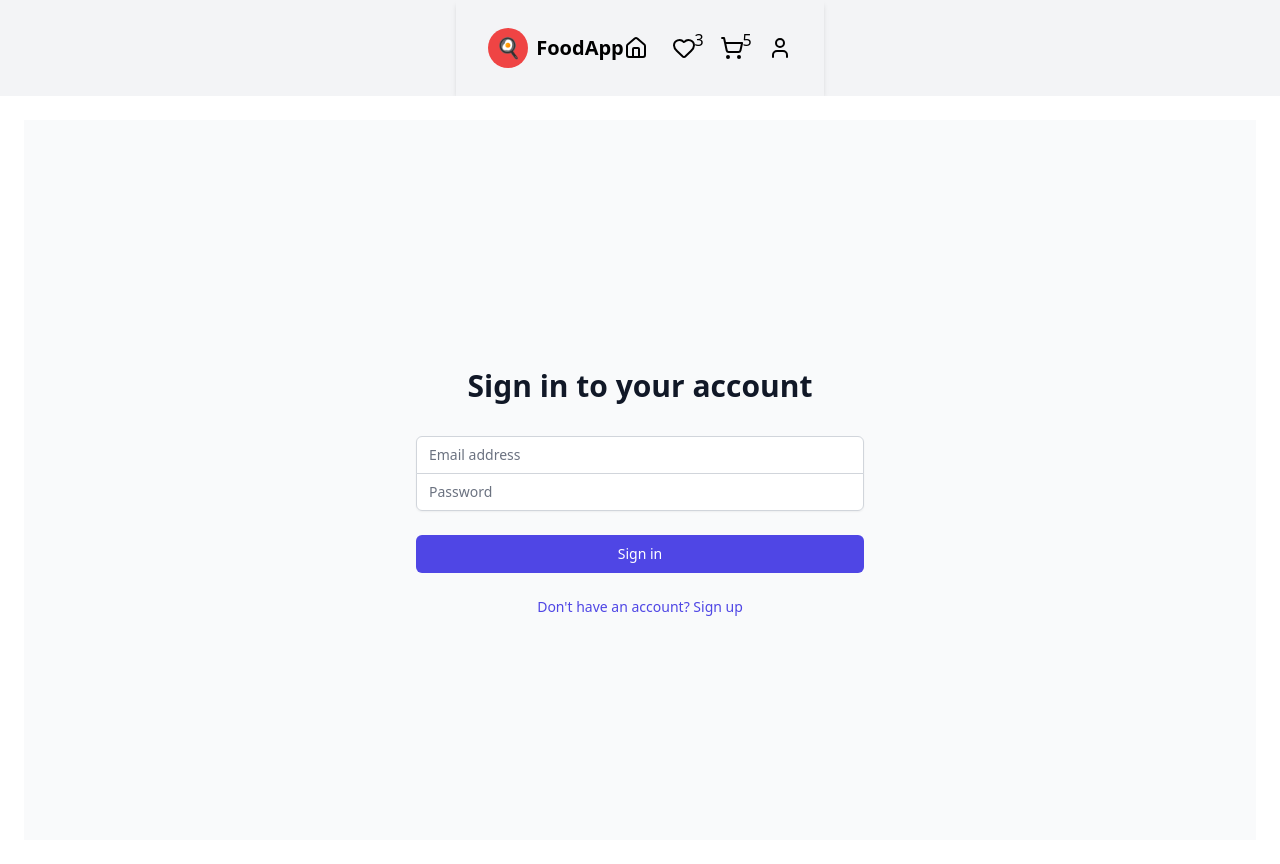
Repository: Deniihsilvaa/pastelariadoceesal
Page: /auth
The author's editor kept a copy of each file at every save. The page is drawn from the files as they stood at one save, then again after the next save.
The browser window is 1280 px wide. The pictures show the whole page.
The page's requests for data from a server got no answer. The project was rebuilt for these pictures with package versions that can differ from the ones it lists, and the page was loaded fresh each time. No one was signed in, and anything a server would have sent is missing. Also part of the build but not shown: vite.config.ts, src/components/home/CategoryCard.tsx, src/pages/HomePage.tsx, src/lib/supabaseClient.ts, src/components/restaurant/MenuItem.tsx, src/components/restaurant/MenuList.tsx, src/components/restaurant/RestaurantHeader.tsx, src/pages/RestaurantPage.tsx and 1 more.

Above is the page before, as saved 2024-12-31 17:57:55.

After the next save:
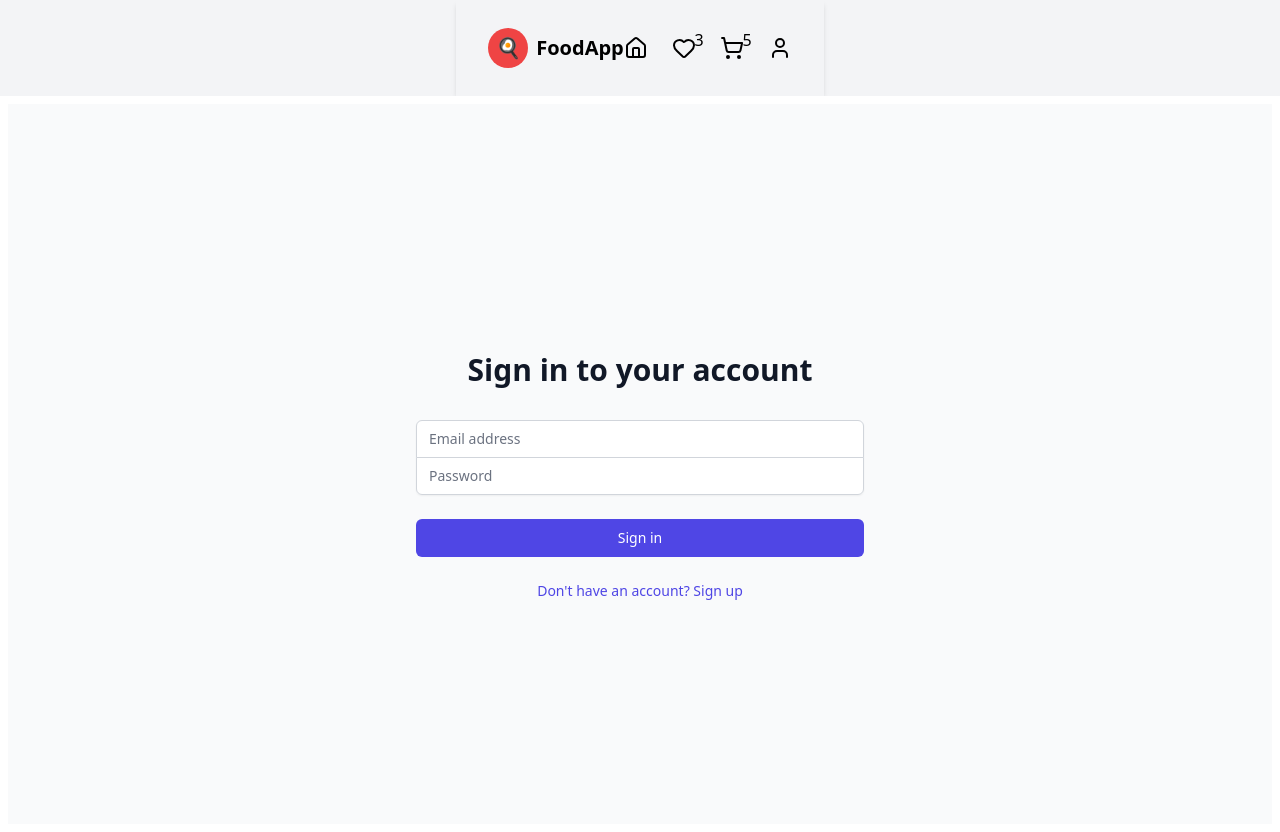
Saved 27 s later.
--- a/src/components/layout/Layout.tsx
+++ b/src/components/layout/Layout.tsx
@@ -10,7 +10,7 @@ const Layout: React.FC<LayoutProps> = ({ children }) => {
   return (
     <div className="flex flex-col min-h-screen bg-gray-100">
       <Header />
-      <main className="flex-1 p-6 bg-white">{children}</main>
+      <main className="flex-1 p-2 bg-white">{children}</main>
     </div>
   );
 };
